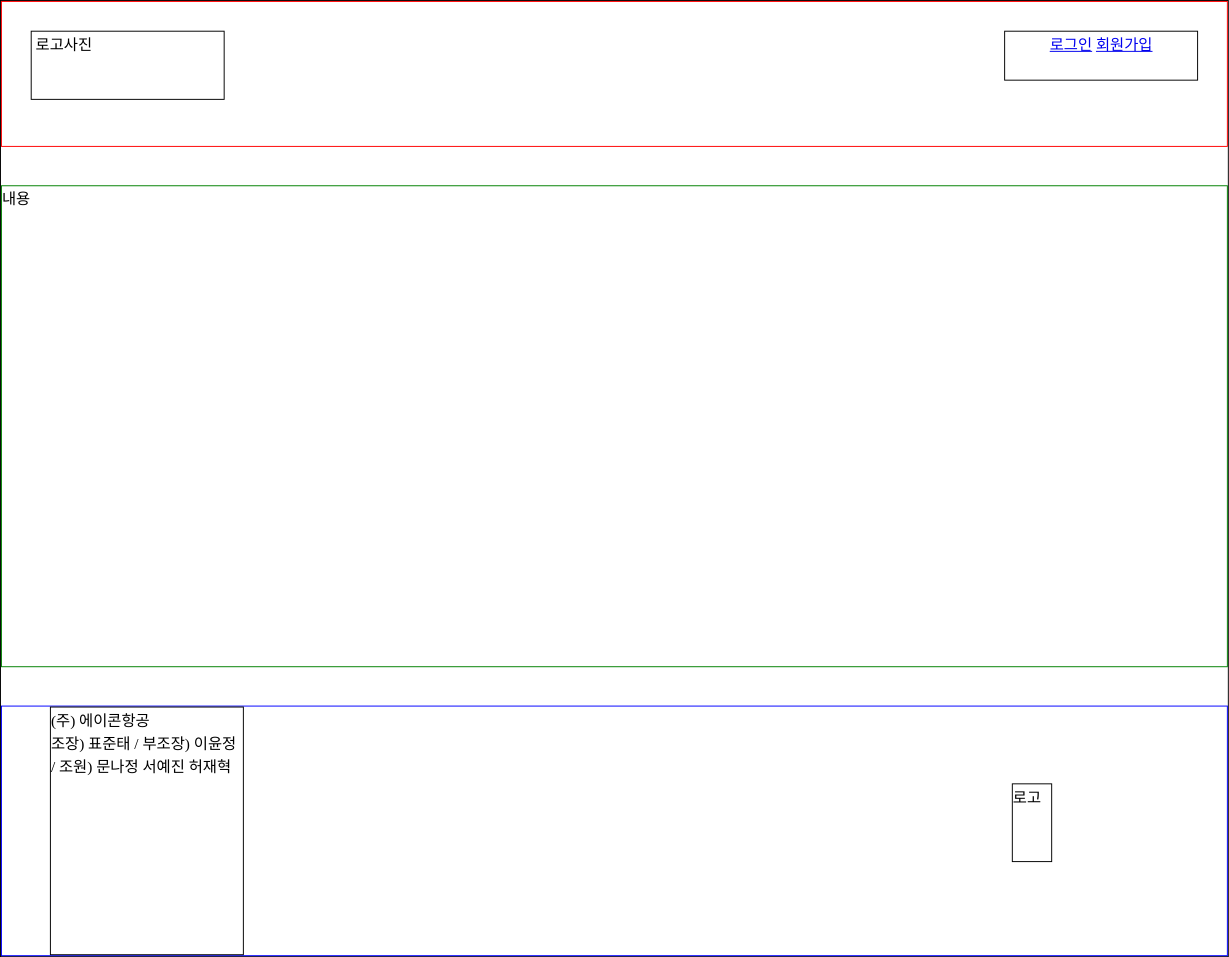
Repository: juntae710/Acorn_AirlineReservation_Project
Page: http://localhost/prj3_1/WEB-INF/views/h_index.jsp
An editor plug-in stored every save of this project. The page is shown before and after the next save, followed by the edit.
The browser window is 1280 px wide. The pictures show the whole page, at 96% of full size.
The page is served by Tomcat 9. Nobody is signed in. Other server files are loaded and not shown. The template is opened directly, without the code that normally fills it, so the values that code supplies are empty.

Above is the page before, as saved 2023-09-20 01:10:51.

### Eclipse/prj3_1/src/main/webapp/WEB-INF/views/h_index.jsp
<%@ page language="java" contentType="text/html; charset=UTF-8" pageEncoding="UTF-8"%>
<!DOCTYPE html>
<html>
<head>
<meta charset="UTF-8">
<title>Insert title here</title>
<style>
* {
	margin: 0;
}

main {
	border: 1px solid black;
}

header {
	border: 1px solid red;
	height: 150px;
	display: flex;
	position: relative;
}

.headerimg {
	width: 200px;
	height: 70px;
	border: 1px solid black;
	position: absolute;
	left: 30px;
	top: 30px;
}

.headerAtag {
	width: 200px;
	height: 50px;
	border: 1px solid black;
	position: absolute;
	right: 30px;
	top: 30px;
	text-align: center;
}

section {
	border: 1px solid green;
	height: 500px;
	margin-top: 40px;
}

footer {
	border: 1px solid blue;
	height: 259px;
	margin-top: 40px;
	margin-bottom: 0px;
	display: flex;
}


.footer_info{
border: 1px solid black;
margin-left: 50px;
width: 200px;

}
.footer_img{
border: 1px solid black;
width: 40px;
height: 80px;
margin-left: 800px;
margin-top: 80px;
}
</style>
</head>
<body>
	<main>
		<header>
			<div class="headerimg">
				<img src="" alt=""> 로고사진
			</div>

			<%
			String id = (String) session.getAttribute("id");
			%>

			<div class="headerAtag">
				<%
				if (id == null) {
				%>
				<a href="<%=request.getContextPath()%>/h_login">로그인</a>
				<%
				%>
				<a href="<%=request.getContextPath()%>/l_join">회원가입</a>
				<%
				} else {
				%>
				<p>아이디: <%=id%>님 </p>
				<a href="<%=request.getContextPath()%>/h_logOut">로그아웃</a>
				<a href="<%=request.getContextPath()%>/UUA.do">마이페이지</a>

				<%
				}
				%>
			</div>

		</header>

		<section>내용</section>

		<footer>
		<div class="footer_info">(주) 에이콘항공 <br>
			조장) 표준태 / 부조장) 이윤정 / 조원) 문나정 서예진 허재혁
		 </div>
		<div class="footer_img"><img alt="" src="">로고</div>
		</footer>
	</main>
</body>
</html>

After the next save:
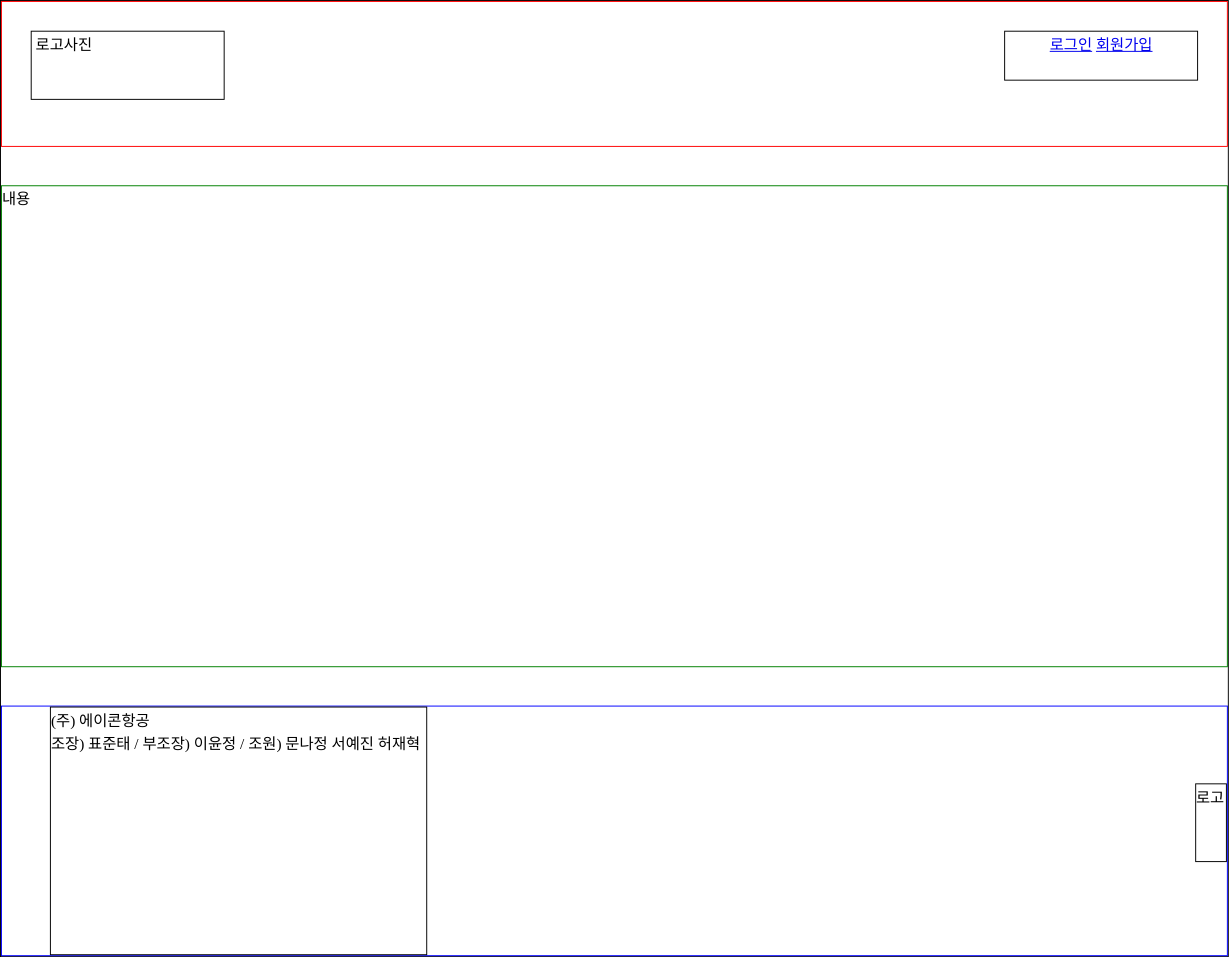
Saved 9 s later.
--- a/Eclipse/prj3_1/src/main/webapp/WEB-INF/views/h_index.jsp
+++ b/Eclipse/prj3_1/src/main/webapp/WEB-INF/views/h_index.jsp
@@ -57,7 +57,7 @@ footer {
 .footer_info{
 border: 1px solid black;
 margin-left: 50px;
-width: 200px;
+width: 500px;
 
 }
 .footer_img{
